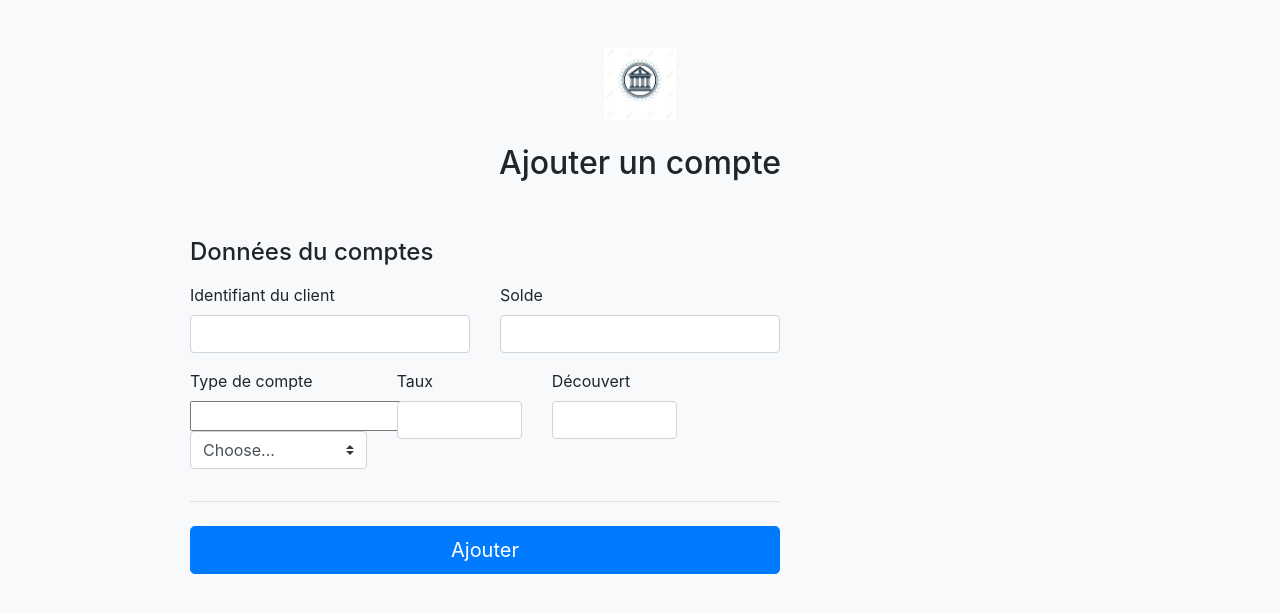
Repository: liiiseee/Projet
Page: http://localhost/02_projet_gestion_clients_compte/ajout-compte.jsp
The author's editor kept a copy of each file at every save. The page is drawn from the files as they stood at one save, then again after the next save.
The browser window is 1280 px wide. The pictures show the whole page.
The page is served by Tomcat 9. Other server files are loaded and not shown.

Above is the page before, as saved 2020-03-29 14:55:54.

### 02_projet_gestion_clients_compte/WebContent/ajout-compte.jsp
<%@page import="com.intiformation.gestion.model.CompteCourant"%>
<%@page import="com.intiformation.gestion.model.CompteEpargne"%>
<%@page import="com.intiformation.gestion.model.Compte"%>
<%@page import="com.intiformation.gestion.model.Client"%>
<%@ page language="java" contentType="text/html; charset=utf-8"
    pageEncoding="utf-8"%>

<%@taglib prefix="c" uri="http://java.sun.com/jsp/jstl/core" %>
<!DOCTYPE html>
<html>
<head>
<meta charset="utf-8">
<title>ajout compte</title>
<!-- Bootstrap core CSS -->
<link href="assets/styles/bootstrap.min.css" rel="stylesheet">




    <style>
      .bd-placeholder-img {
        font-size: 1.125rem;
        text-anchor: middle;
        -webkit-user-select: none;
        -moz-user-select: none;
        -ms-user-select: none;
        user-select: none;
      }

      @media (min-width: 768px) {
        .bd-placeholder-img-lg {
          font-size: 3.5rem;
        }
      }
    </style>
    <!-- Custom styles for this template -->
    <link href="assets/styles/styleModif.css" rel="stylesheet">
</head>
<body class="bg-light">
<div class="container">
<div class="py-5 text-center">
    <img class="d-block mx-auto mb-4" src="assets/images/banque.jpg" alt="" width="72" height="72">
    <h2>Ajouter un compte</h2>

  </div>



    <div class="col-md-8 order-md-1">
      <h4 class="mb-3">Données du comptes</h4>
      <form class="needs-validation" novalidate method="post" action="gestion-compte-servlet">
        <div class="row">
          <div class="col-md-6 mb-3">
            <label for="firstName">Identifiant du client</label>
            <input type="text" class="form-control" id="firstName" placeholder="" name="pIdClient"  required>
            <div class="invalid-feedback">
             Identifiant valide requis.
            </div>
          </div>
          <div class="col-md-6 mb-3">
            <label for="lastName">Solde</label>
            <input type="text" class="form-control" id="lastName" placeholder="" name="pSolde" required>
            <div class="invalid-feedback">
              Veuillez renseigner le solde
            </div>
          </div>
        </div>








        <div class="row">

          <div class="col-md-4 mb-3">
            <label for="state">Type de compte</label>
            <input type="text" name="pTypeCompte"/>
            <select class="custom-select d-block w-100" id="state" required>
              <option value="">Choose...</option>
              <option>Compte épargne</option>
              <option>Compte courant</option>
            </select>
            <div class="invalid-feedback">
               Veuillez renseigner le type de compte
            </div>
          </div>
          <div class="col-md-3 mb-3">
            <label for="zip">Taux</label>
            <input type="text" class="form-control" id="zip" placeholder="" name="pTaux" >

          </div>
          <div class="col-md-3 mb-3">
            <label for="zip">Découvert</label>
            <input type="text" class="form-control" id="" placeholder="" name="pDecouvert"  >

          </div>

        </div>





        <hr class="mb-4">
        <input type="hidden" name="action" value="ajout"/>
        <button class="btn btn-primary btn-lg btn-block" type="submit">Ajouter</button>
      </form>
    </div>



</div>

</body>
</html>

### 02_projet_gestion_clients_compte/WebContent/assets/styles/styleModif.css
@charset "ISO-8859-1";

.container {
  max-width: 960px;
}

.lh-condensed { line-height: 1.25; }

Loaded but not shown: 02_projet_gestion_clients_compte/WebContent/assets/styles/bootstrap.min.css (library)

After the next save:
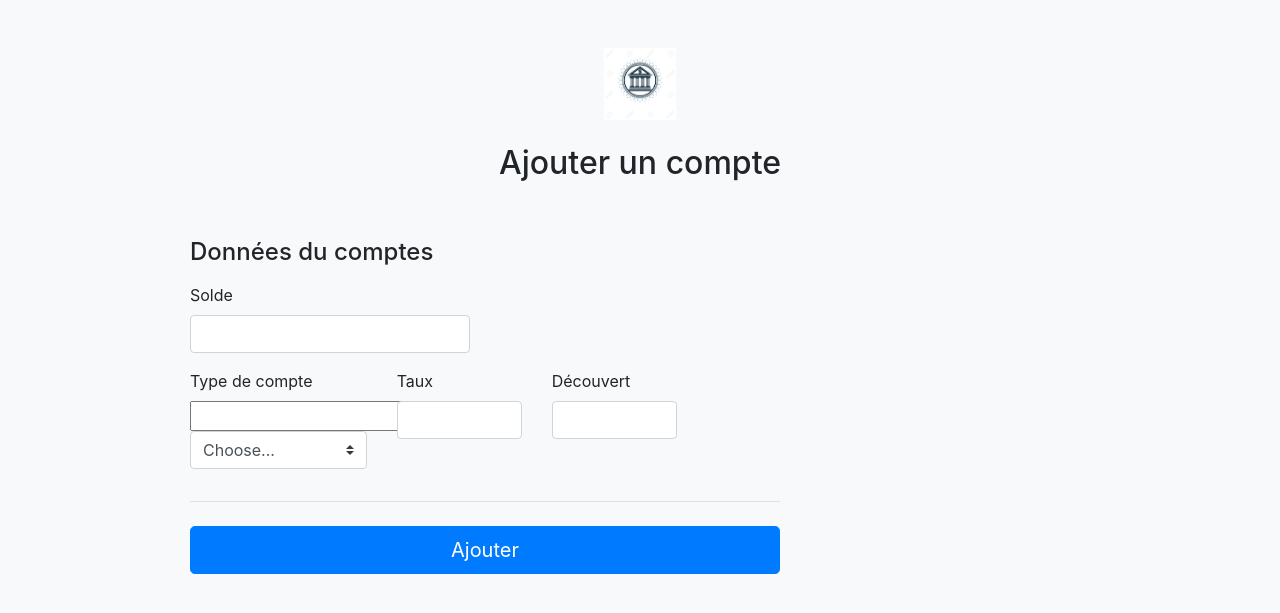
Saved 100 s later.
--- a/02_projet_gestion_clients_compte/WebContent/ajout-compte.jsp
+++ b/02_projet_gestion_clients_compte/WebContent/ajout-compte.jsp
@@ -50,13 +50,7 @@
       <h4 class="mb-3">Données du comptes</h4>
       <form class="needs-validation" novalidate method="post" action="gestion-compte-servlet">
         <div class="row">
-          <div class="col-md-6 mb-3">
-            <label for="firstName">Identifiant du client</label>
-            <input type="text" class="form-control" id="firstName" placeholder="" name="pIdClient"  required>
-            <div class="invalid-feedback">
-             Identifiant valide requis.
-            </div>
-          </div>
+
           <div class="col-md-6 mb-3">
             <label for="lastName">Solde</label>
             <input type="text" class="form-control" id="lastName" placeholder="" name="pSolde" required>
